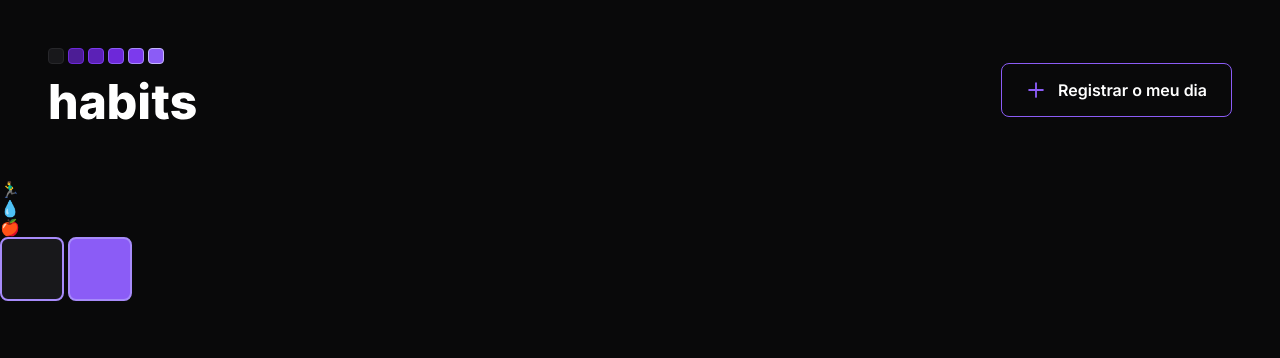
Repository: AntonyCosta/nlw-setup
Page: index.html
An editor plug-in stored every save of this project. The page is shown before and after a run of saves, followed by the edit.
The browser window is 1280 px wide. The pictures show the whole page.

Above is the page before, as saved 2023-01-18 03:46:00.

### index.html
<!DOCTYPE html>
<html lang="pt-br">
  <head>
    <meta charset="UTF-8" />
    <meta http-equiv="X-UA-Compatible" content="IE=edge" />
    <meta name="viewport" content="width=device-width, initial-scale=1.0" />
    <link rel="preconnect" href="https://fonts.googleapis.com" />
    <link rel="preconnect" href="https://fonts.gstatic.com" crossorigin />
    <link
      href="https://fonts.googleapis.com/css2?family=Inter:wght@600&display=swap"
      rel="stylesheet"
    />
    <link rel="stylesheet" href="style.css" />
    <title>Habits</title>
  </head>
  <body>
    <header>
      <img src="./assets/logo.svg" alt="" />
      <button>
        <img src="./assets/plus.svg" alt="" />
        Registrar o meu dia
      </button>
    </header>

    <form>
      <div class="habits">
        <div class="habit">🏃‍♂️</div>
        <div class="habit">💧</div>
        <div class="habit">🍎</div>
      </div>

      <div class="days">
        <div class="day"></div>
      </div>

    </form>

    <input type="checkbox" />
    <input type="checkbox" checked />
  </body>
</html>

### style.css
* {
  margin: 0;
  padding: 0;
  box-sizing: border-box;
}

body {
  background-color: #09090a;
  color: white;

  /* display: grid;
  place-items: center; */

  height: 100vh;
}

header {
  display: flex;
  align-items: center;
  justify-content: space-between;

  padding: 48px;
}

button {
  padding: 16px 24px;
  border: 1px solid #8b5cf6;
  border-radius: 8px;
  background: transparent;
  color: #ffffff;

  display: flex;
  align-items: center;
  gap: 12px;

  font-family: "Inter", arial, sans-serif;
  font-weight: 600;
  font-size: 16px;
  line-height: 125%;
}

input {
  appearance: none;
  -webkit-appearance: none;

  width: 64px;
  height: 64px;

  border: 2px solid #a78bfa;
  border-radius: 8px;

  background: #18181b;
}

input:checked {
  background: #8b5cf6;
  border: 2px solid #a78bfa;
}

After the next 4 saves:
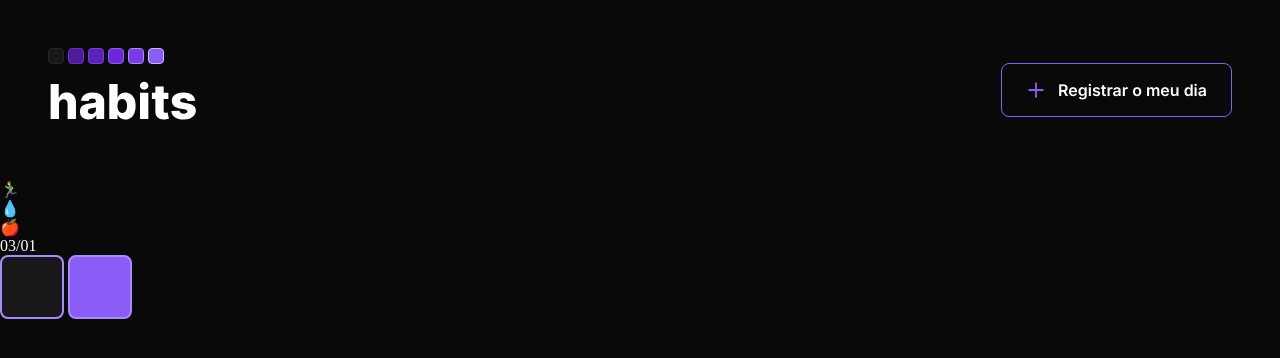
The 4 saves are shown as one change because they came seconds apart.
The last was saved 30 s later.
--- a/index.html
+++ b/index.html
@@ -30,7 +30,9 @@
       </div>
 
       <div class="days">
-        <div class="day"></div>
+        <div class="day">
+          <div>03/01</div>
+        </div>
       </div>
 
     </form>
